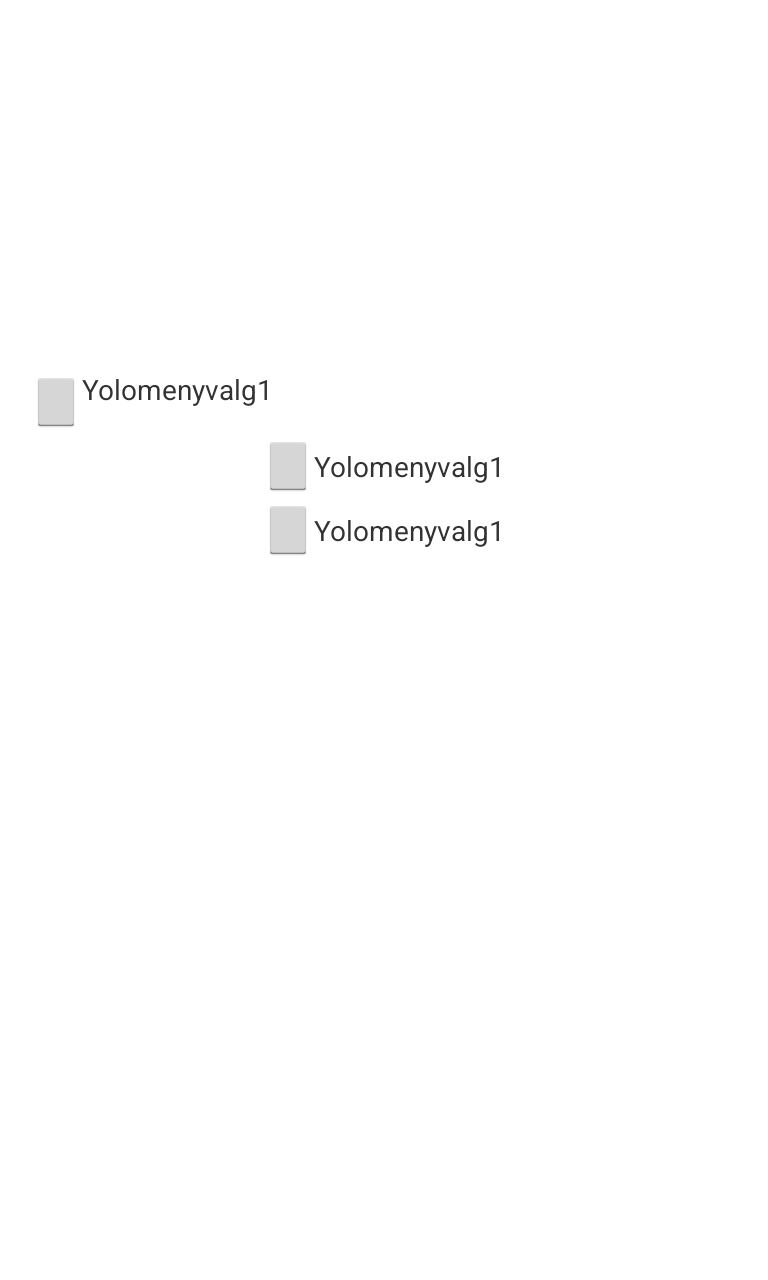
Repository: pumalove/workspace
Layout: MainActivity/res/layout/gridview.xml
These files come from the project's save history. The layout is drawn as it stood at one moment and after the next save; the edit follows.
It is drawn on a 768 x 1280 px phone screen (xhdpi) without system bars, with theme AppTheme; the app's code is not run. Lists and similar views that code fills are empty.

Above is the layout before, as saved 2014-03-17 11:30:11.

### MainActivity/res/layout/gridview.xml
<?xml version="1.0" encoding="utf-8"?>
<LinearLayout xmlns:android="http://schemas.android.com/apk/res/android"
    android:layout_width="match_parent"
    android:layout_height="wrap_content"
    android:orientation="vertical"
    android:padding="15dp">

    <LinearLayout
        android:layout_marginBottom="20dp"
        android:layout_width="fill_parent"
        android:layout_height="wrap_content">

        <GridView
            android:id="@+id/gridview"
            android:layout_width="fill_parent"
            android:layout_height="150dp"
            android:columnWidth="90dp"
            android:numColumns="auto_fit"
            android:verticalSpacing="10dp"
            android:horizontalSpacing="10dp"
            android:stretchMode="columnWidth"
            android:gravity="center"
            />
	</LinearLayout>


    <LinearLayout
        android:id="@+id/linearlayout2"
        android:layout_width="fill_parent"
        android:layout_height="wrap_content"
        android:layout_gravity="center"
        android:orientation="vertical"
        android:layout_below="@id/gridview">

        <LinearLayout
            android:id="@+id/customButton1"
            android:layout_width="fill_parent"
            android:layout_height="wrap_content"
            android:orientation="horizontal"
            android:clickable="true"
            android:layout_gravity="left|center">


            <ImageButton
                android:id="@+id/imageButton"
                android:layout_width="wrap_content"
                android:layout_height="wrap_content"
                android:layout_gravity="left"
                />

            <TextView
                android:layout_width="wrap_content"
                android:layout_height="wrap_content"
                android:layout_gravity="right"
                android:gravity="center"
                android:text="Yolomenyvalg1"/>

            </LinearLayout>


        <LinearLayout
            android:id="@+id/customButton2"
            android:layout_width="fill_parent"
            android:layout_height="wrap_content"
            android:orientation="horizontal"
            android:gravity="center"
            android:clickable="true">

            <ImageButton
                android:layout_width="wrap_content"
                android:layout_height="wrap_content"
                android:id="@+id/imageButton2"
                android:layout_gravity="center"
                />

            <TextView
                android:layout_width="wrap_content"
                android:layout_height="wrap_content"
                android:text="Yolomenyvalg1"/>

        </LinearLayout>

        <LinearLayout
            android:id="@+id/customButton3"
            android:layout_width="fill_parent"
            android:layout_height="wrap_content"
            android:orientation="horizontal"
            android:gravity="center"
            android:clickable="true">

            <ImageButton
                android:layout_width="wrap_content"
                android:layout_height="wrap_content"
                android:id="@+id/imageButton3"
                android:layout_gravity="center"
                />

            <TextView
                android:layout_width="wrap_content"
                android:layout_height="wrap_content"
                android:text="Yolomenyvalg1"/>

        </LinearLayout>
    </LinearLayout>



</LinearLayout>

Loaded but not shown: MainActivity/res/values/styles.xml (common file); MainActivity/res/values-v11/styles.xml (common file); MainActivity/res/values-v14/styles.xml (common file)

After the next save:
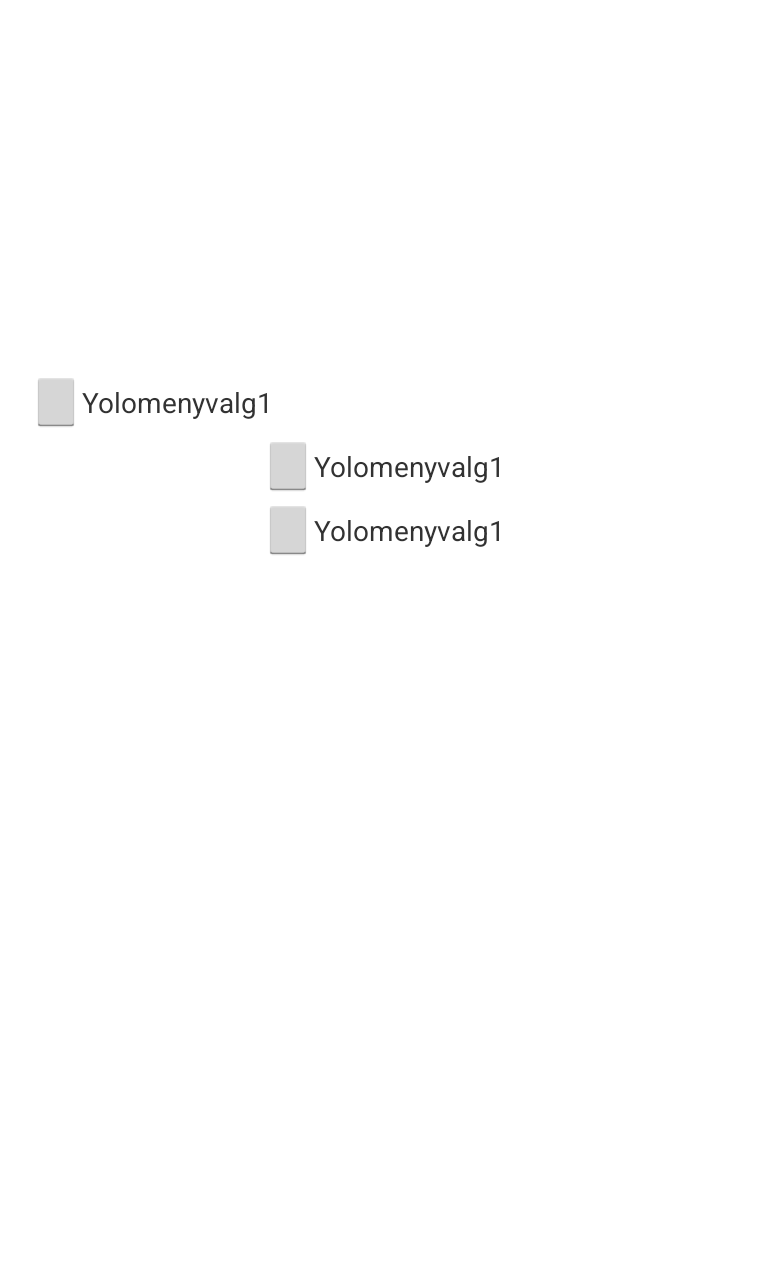
Saved 17 s later.
--- a/MainActivity/res/layout/gridview.xml
+++ b/MainActivity/res/layout/gridview.xml
@@ -51,7 +51,7 @@
             <TextView
                 android:layout_width="wrap_content"
                 android:layout_height="wrap_content"
-                android:layout_gravity="right"
+                android:layout_gravity="center"
                 android:gravity="center"
                 android:text="Yolomenyvalg1"/>
 
